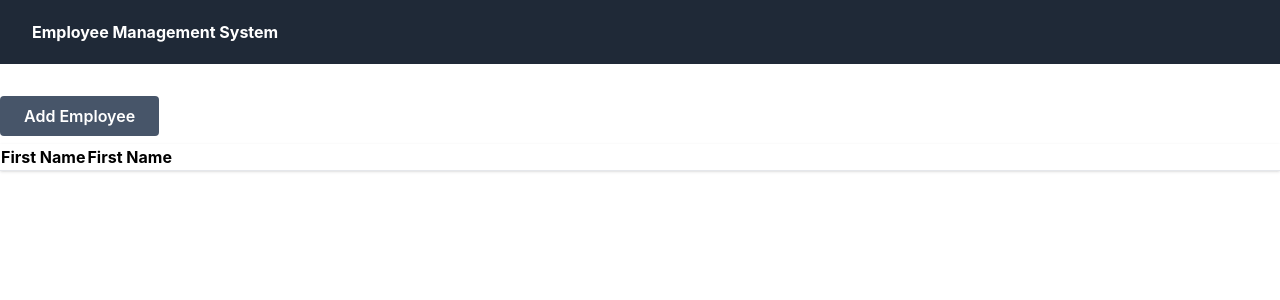
Repository: Atanu484/Full-Stack-Employee-Management-System
Page: / (app in employee-system-frontend/)
The author's editor kept a copy of each file at every save. The page is drawn from the files as they stood at one save, then again after a run of saves.
The browser window is 1280 px wide. The pictures show the whole page.
The project was rebuilt for these pictures with package versions that can differ from the ones it lists, and the page was loaded fresh each time. Also part of the build but not shown: employee-system-frontend/src/App.css, employee-system-frontend/src/services/EmployeeService.js, employee-system-frontend/src/components/AddEmployee.js.

Above is the page before, as saved 2022-08-15 01:46:56.

After the next 2 saves:
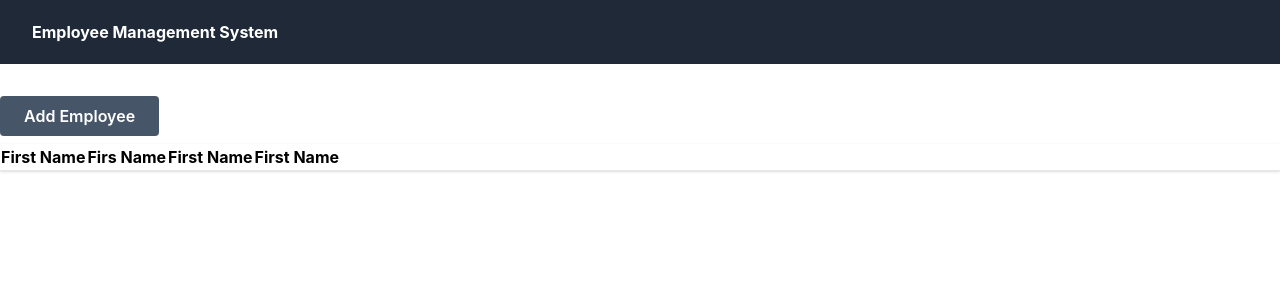
The 2 saves are shown as one change because they came seconds apart.
The last was saved 7 s later.
--- a/employee-system-frontend/src/components/EmployeeList.js
+++ b/employee-system-frontend/src/components/EmployeeList.js
@@ -13,6 +13,8 @@ const EmployeeList = () => {
                     <thread>
                         <tr>
                             <th>First Name</th>
+                            <th>Firs Name</th>
+                            <th>First Name</th>
                             <th>First Name</th>
                         </tr>
                     </thread>
